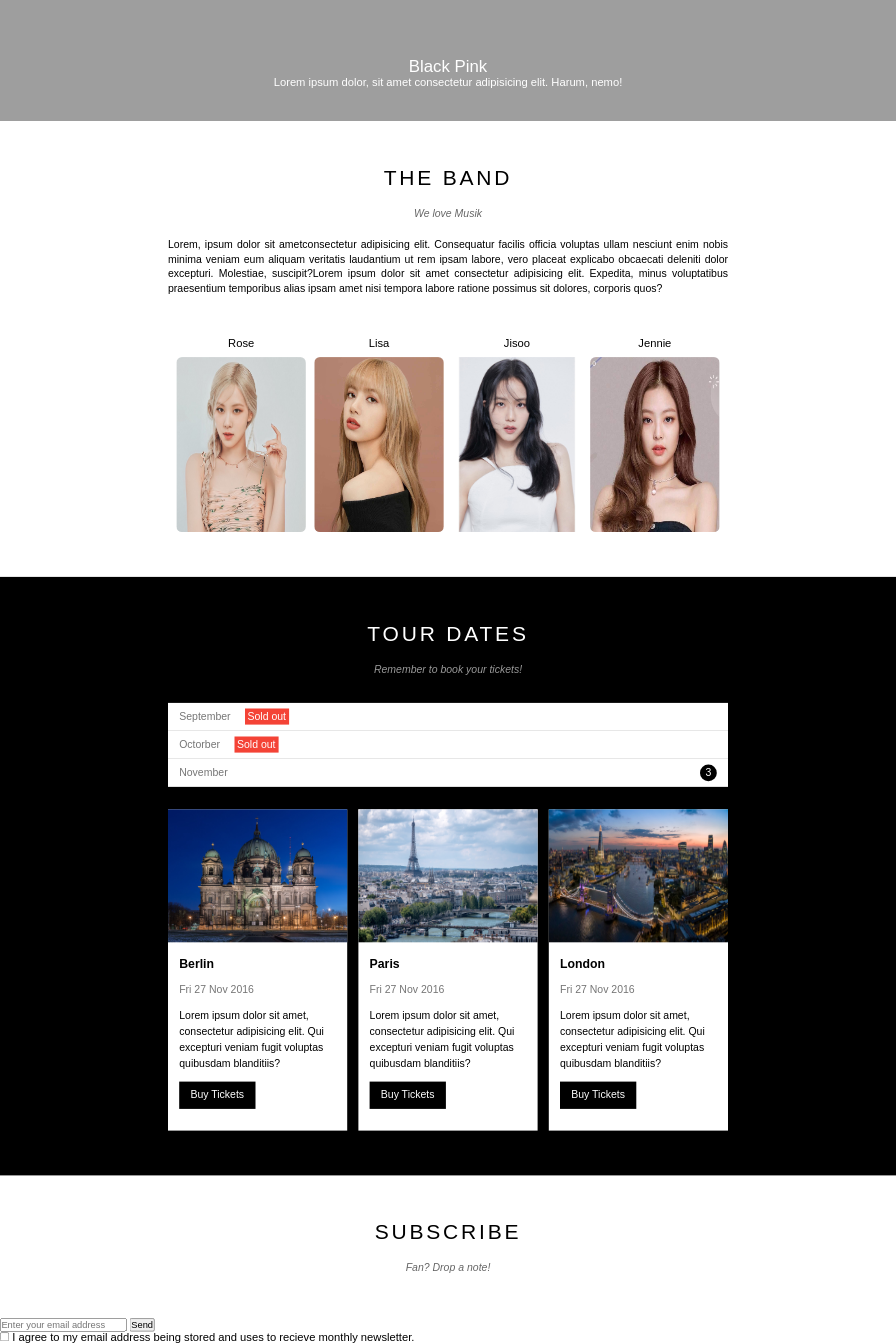
Repository: AiTrinh303/First-Project
Page: /
The author's editor kept a copy of each file at every save. The page is drawn from the files as they stood at one save, then again after the next save.
The browser window is 1280 px wide. The pictures show the part of the page from y = 513 to 2433 px (the page is 2433 px tall), at 70% of full size.
Pictures or frames that could not be fetched are drawn as grey boxes. The project was rebuilt for these pictures with package versions that can differ from the ones it lists, and the page was loaded fresh each time.

Above is the page before, as saved 2024-01-23 10:01:29.

### index.html
<!DOCTYPE html>
<html lang="en">
<head>
    <meta charset="UTF-8">
    <meta name="viewport" content="width=device-width, initial-scale=1.0">
    <title>Singer Website</title>
    <link rel="stylesheet" href="./fonts/themify-icons-font/themify-icons/themify-icons.css">
    <link rel="stylesheet" href="./src/styles/main.css">
</head>
<body>
   <div id="main">

        <div id="header">
            <ul id="nav">
                <li><a href="">Home</a></li>
                <li><a href="">Band</a></li>
                <li><a href="">Tour</a></li>
                <li><a href="">Contact</a></li>
                <li>
                    <a href="#">
                        More
                        <i class="nav-arrown-down ti-angle-down"></i>
                     </a>
                    <ul class="subnav">
                        <li><a href="">Merchandise</a></li>
                        <li><a href="">Extras</a></li>
                        <li><a href="">Media</a></li>
                    </ul>
                </li>
            </ul>

            <div class="search-btn">
                <i class="search-icon ti-search"></i>

            </div>
        </div>

        <div id="slider">

            <div class="text-content">
                <h2 class="text-heading">Black Pink</h2>
                <p class="text-description">Lorem ipsum dolor, sit amet consectetur adipisicing elit. Harum, nemo!</p>
            </div>

        </div>

        <div id="content">
            <!-- About Section -->
            <div class="content-section">
                <h2 class="section-heading">THE BAND</h2>
                <p class="section-sub-heading">We love Musik</p>
                <p class="about-text">Lorem, ipsum dolor sit ametconsectetur adipisicing elit. Consequatur facilis officia voluptas ullam nesciunt enim nobis minima veniam eum aliquam veritatis laudantium ut rem ipsam labore, vero placeat explicabo obcaecati deleniti dolor excepturi. Molestiae, suscipit?Lorem ipsum dolor sit amet consectetur adipisicing elit. Expedita, minus voluptatibus praesentium temporibus alias ipsam amet nisi tempora labore ratione possimus sit dolores, corporis quos?</p>

                <div class="members-list">
                    <div class="member-item">
                        <p class="member-name">Rose</p>
                        <img src="./src/img/rose.png " alt="Rose" class="member-img" >
                    </div>

                    <div class="member-item">
                        <p class="member-name">Lisa</p>
                        <img src="./src/img/Lisa2.jpg" alt="Lisa" class="member-img" >
                    </div>

                    <div class="member-item">
                        <p class="member-name">Jisoo</p>
                        <img src="./src/img/jisoo.jpeg" alt="Jisoo" class="member-img" >
                    </div>

                    <div class="member-item">
                        <p class="member-name">Jennie</p>
                        <img src="./src/img/Jennie.jpg" alt="Jennie" class="member-img" >
                    </div>
                </div>
            </div>

            <!-- Tour Section -->
            <div class="tour-section">

                <div class="content-section">
                    <h2 class="section-heading text-white">TOUR DATES</h2>
                    <p class="section-sub-heading text-white">Remember to book your tickets!</p>

                    <ul class="tickets-list">
                        <li>September <span class="sold-out">Sold out</span></li>
                        <li>Octorber <span class="sold-out">Sold out</span></li>
                        <li>November <span class="quantity">3</span></li>
                    </ul>

                    <div class="places-list">
                        <div class="place-item">
                            <img src="./src/img/Berlin.jpg" alt="Berlin" class="place-img" >
                            <div class="place-body">
                                <h3 class="place-heading">Berlin</h3>
                                <p class="place-time">Fri 27 Nov 2016</p>
                                <p class="place-desc">Lorem ipsum dolor sit amet, consectetur adipisicing elit. Qui excepturi veniam fugit voluptas quibusdam blanditiis?</p>
                                <a href="#" class="place-btn">Buy Tickets</a>
                            </div>
                        </div>

                        <div class="place-item">
                            <img src="./src/img/Paris.jpg" alt="Paris" class="place-img" >
                            <div class="place-body">
                                <h3 class="place-heading">Paris</h3>
                                <p class="place-time">Fri 27 Nov 2016</p>
                                <p class="place-desc">Lorem ipsum dolor sit amet, consectetur adipisicing elit. Qui excepturi veniam fugit voluptas quibusdam blanditiis?</p>
                                <a href="#" class="place-btn">Buy Tickets</a>
                            </div>
                        </div>

                        <div class="place-item">
                            <img src="./src/img/London.jpeg" alt="London" class="place-img">
                            <div class="place-body">
                                <h3 class="place-heading">London</h3>
                                <p class="place-time">Fri 27 Nov 2016</p>
                                <p class="place-desc">Lorem ipsum dolor sit amet, consectetur adipisicing elit. Qui excepturi veniam fugit voluptas quibusdam blanditiis?</p>
                                <a href="#" class="place-btn">Buy Tickets</a>
                            </div>
                        </div>
                    </div>
                </div>

            </div>

            <!-- Contact Section -->
            <!-- Contact -->
            <div id="contact">
                <div class="content-section">
                    <h2 class="section-heading">SUBSCRIBE</h2>
                    <p class="section-sub-heading">Fan? Drop a note!</p>
                </div>
                <div class="form">
                    <input type="email" class="form__email" placeholder="Enter your email address" />
                    <button class="form__button">Send</button>
                </div>
                <div class="notice">
                    <input type="checkbox">
                    <span class="notice__copy">I agree to my email address being stored and uses to recieve monthly newsletter.</span>
                </div>
            </div>






        <div id="footer">

        </div>

   </div>
</body>
</html>

### src/styles/main.css
* {
  padding: 0;
  margin: 0;
  box-sizing: border-box;
}

html {
  scroll-behavior: smooth;
  font-family: Arial, Helvetica, sans-serif;
}

.text-white {
  color: white;
}

#header {
  height: 46px;
  background-color: #000;
  position: fixed;
  top: 0;
  left: 0;
  right: 0;
  z-index: 1;
}

#nav {
  display: inline-block;
}

#nav, .subnav {
  list-style: none;
}

#nav > li {
  display: inline-block;
}

#nav li {
  position: relative;
}

#nav > li > a {
  color: #fff;
  text-transform: uppercase;
}

#nav li a {
  color: #fff;
  text-decoration: none;
  line-height: 46px;
  padding: 0 24px;
  display: block;
}

#nav li:hover .subnav {
  display: block;
}

#nav > li:hover > a,
#nav .subnav li:hover a {
  color: #000;
  background-color: #ccc;
}

#nav .subnav {
  display: none;
  min-width: 160px;
  position: absolute;
  background-color: #fff;
  box-shadow: 0 0 10px rgba(0, 0, 0, 0.3);
  top: 100%;
  left: 0;
}

#nav .nav-arrown-down {
  font-size: 14px;
}

#nav .subnav a {
  color: #000;
  padding: 0 12px;
  line-height: 38px;
}

#header .search-btn {
  float: right;
  padding: 0 21px;
}

#header .search-btn:hover {
  background-color: #f44336;
  cursor: pointer;
}

#header .search-icon {
  color: #fff;
  font-size: 20px;
  line-height: 46px;
}

#slider {
  position: relative;
  margin-top: 46px;
  padding-top: 50%;
  background: url("../img/slider-1.jpg") center/100% no-repeat;
}

#slider .text-content {
  position: absolute;
  bottom: 47px;
  color: #fff;
  width: 100%;
  text-align: center;
}

#slider .text-heading {
  font-weight: 500;
  font-size: 24px;
}

#slider .text-decoration {
  font-size: 15px;
  margin-top: 25px;
}

#content .content-section {
  width: 800px;
  padding: 64px 0;
  margin-left: auto;
  margin-right: auto;
}

#content .section-heading {
  font-size: 30px;
  font-weight: 500;
  letter-spacing: 4px;
  text-align: center;
}

#content .section-sub-heading {
  font-size: 15px;
  margin-top: 25px;
  text-align: center;
  font-style: italic;
  opacity: 0.6;
}

#content .about-text {
  margin-top: 25px;
  font-size: 15px;
  text-align: justify;
  line-height: 1.4;
}

#content .member-item {
  display: flex;
  flex-direction: column;
  align-items: center;
}

#content .member-name {
  line-height: 2.5;
}

#content .members-list {
  margin-top: 48px;
  display: flex;
  justify-content: space-evenly;
}

#content .member-img {
  width: 185px;
  min-height: 250px;
  border-radius: 8px;
}

.tour-section {
  background: #000;
}

.tickets-list {
  background-color: #fff;
  margin-top: 40px;
}

.tickets-list li {
  font-size: 15px;
  color: #757575;
  padding: 11px 16px;
  border-bottom: 1px solid #ddd;
  list-style-type: none;
}

.tickets-list .sold-out {
  background-color: #f44336;
  color: #fff;
  padding: 3px 4px;
  margin-left: 16px;
}

.tickets-list .quantity {
  float: right;
  width: 24px;
  height: 24px;
  background-color: #000;
  color: #fff;
  border-radius: 50%;
  text-align: center;
  line-height: 24px;
  margin-top: -3px;
}

.places-list {
  display: flex;
  gap: 16px;
  justify-content: space-between;
  margin-top: 32px;
}

.places-list .place-item {
  background-color: #fff;
}

.places-list .place-img {
  width: 100%;
  height: 190px;
}

.places-list .place-img:hover {
  opacity: 0.6;
  cursor: pointer;
}

.places-list .place-body {
  padding: 15px 16px;
  min-height: 205px;
  font-size: 15px;
  line-height: 22.5px;
}

.place-body .place-heading {
  font-weight: 700;
}

.place-body .place-time {
  margin: 15px 0;
  color: #757575;
}

.place-body .place-btn {
  align-items: flex-start;
  background-color: #000;
  display: inline-block;
  font-size: 15px;
  line-height: 22.5px;
  margin: 15px 0px 16px 0px;
  padding: 8px 16px;
  text-align: center;
  color: #fff;
  text-decoration: none;
}

.place-body .place-btn:hover {
  color: #000;
  background-color: #ccc;
}/*# sourceMappingURL=main_20240123084938.css.map */

Loaded but not shown: fonts/themify-icons-font/themify-icons/themify-icons.css (common file)

After the next save:
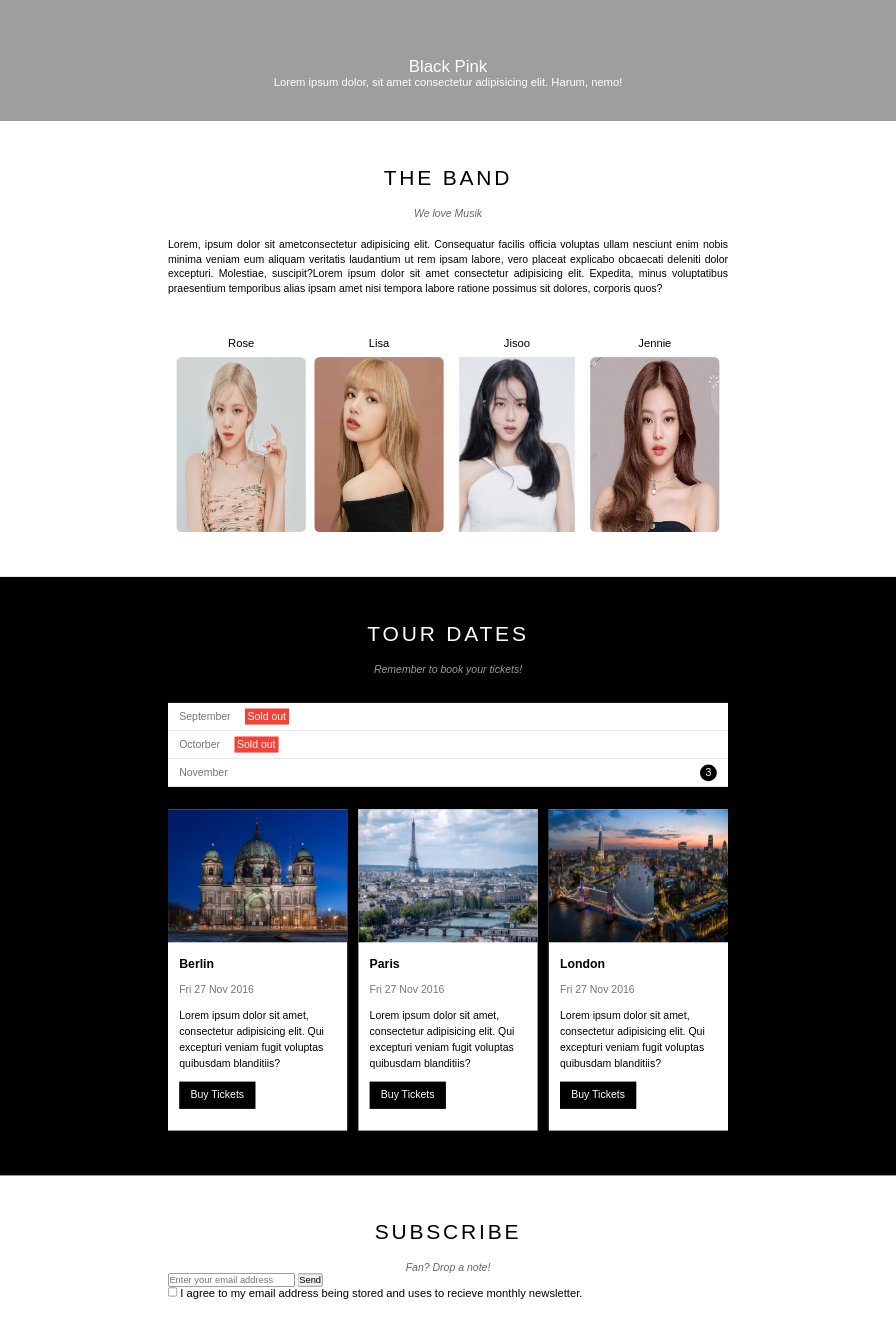
Saved 39 s later.
--- a/index.html
+++ b/index.html
@@ -128,14 +128,14 @@
                 <div class="content-section">
                     <h2 class="section-heading">SUBSCRIBE</h2>
                     <p class="section-sub-heading">Fan? Drop a note!</p>
-                </div>
-                <div class="form">
-                    <input type="email" class="form__email" placeholder="Enter your email address" />
-                    <button class="form__button">Send</button>
-                </div>
-                <div class="notice">
-                    <input type="checkbox">
-                    <span class="notice__copy">I agree to my email address being stored and uses to recieve monthly newsletter.</span>
+                    <div class="form">
+                        <input type="email" class="form__email" placeholder="Enter your email address" />
+                        <button class="form__button">Send</button>
+                    </div>
+                    <div class="notice">
+                        <input type="checkbox">
+                        <span class="notice__copy">I agree to my email address being stored and uses to recieve monthly newsletter.</span>
+                    </div>
                 </div>
             </div>
 
